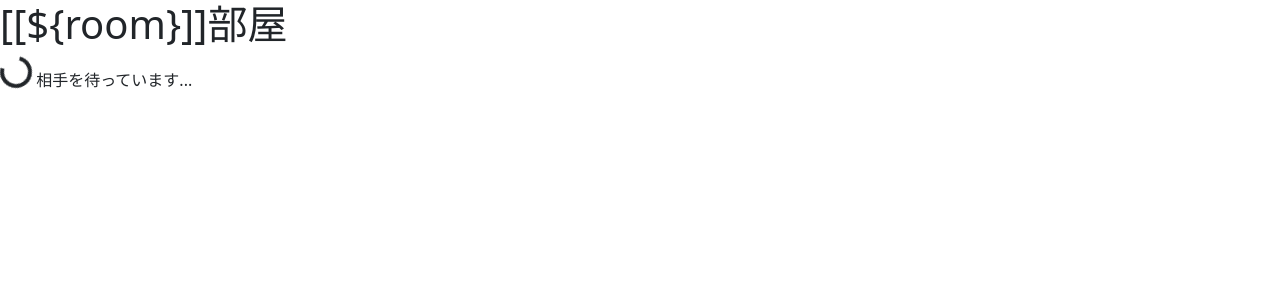
Repository: e1b21074/field_arena
Page: .log/field_arena/src/main/resources/templates/room.html
These files come from the project's save history. The page is drawn as it stood at one moment and after the next save; the edit follows.
The browser window is 1280 px wide. The pictures show the whole page.
The page's requests for data from a server got no answer.

Above is the page before, as saved 2024-01-05 23:42:09.

### .log/field_arena/src/main/resources/templates/room.html
<!DOCTYPE html>
<html lang="en">

<head>
  <meta charset="UTF-8">
  <meta name="viewport" content="width=device-width, initial-scale=1.0">

  <!-- bootstrap CSS -->
  <link href="https://cdn.jsdelivr.net/npm/bootstrap@5.0.2/dist/css/bootstrap.min.css" rel="stylesheet"
    integrity="sha384-EVSTQN3/azprG1Anm3QDgpJLIm9Nao0Yz1ztcQTwFspd3yD65VohhpuuCOmLASjC" crossorigin="anonymous">

  <title>カードゲーム</title>
  <script>
    window.onload=function(){
      var sse = new EventSource('/start');
        sse.onmessage=function(event){
          var game=JSON.parse(event.data);
          location.href = "/game?roomid=" + game.id;
        }
    }
  </script>
</head>
<body>
  <h1>[[${room}]]部屋</h1>
  <div id="game">
    <nobr class="spinner-border" role="status">
      <span class="visually-hidden">Loading...</span>
    </nobr>
    相手を待っています...
  </div>

  <script src="https://cdn.jsdelivr.net/npm/bootstrap@5.0.2/dist/js/bootstrap.bundle.min.js"
    integrity="sha384-MrcW6ZMFYlzcLA8Nl+NtUVF0sA7MsXsP1UyJoMp4YLEuNSfAP+JcXn/tWtIaxVXM"
    crossorigin="anonymous"></script>

</body>
</html>

After the next save:
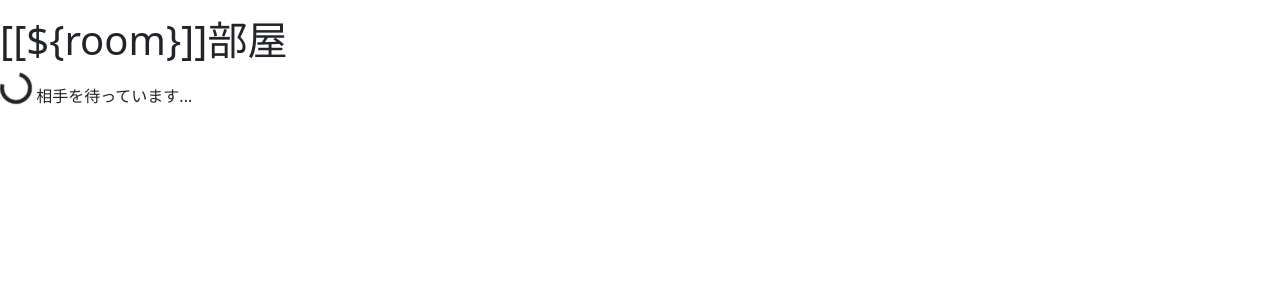
Saved 2 min 19 s later.
--- a/.log/field_arena/src/main/resources/templates/room.html
+++ b/.log/field_arena/src/main/resources/templates/room.html
@@ -8,6 +8,12 @@
   <!-- bootstrap CSS -->
   <link href="https://cdn.jsdelivr.net/npm/bootstrap@5.0.2/dist/css/bootstrap.min.css" rel="stylesheet"
     integrity="sha384-EVSTQN3/azprG1Anm3QDgpJLIm9Nao0Yz1ztcQTwFspd3yD65VohhpuuCOmLASjC" crossorigin="anonymous">
+
+  <style>
+    p{
+      text-align: center;
+    }
+  </style>
 
   <title>カードゲーム</title>
   <script>
@@ -21,13 +27,15 @@
   </script>
 </head>
 <body>
-  <h1>[[${room}]]部屋</h1>
-  <div id="game">
-    <nobr class="spinner-border" role="status">
-      <span class="visually-hidden">Loading...</span>
-    </nobr>
-    相手を待っています...
-  </div>
+  <p>
+    <h1>[[${room}]]部屋</h1>
+    <div id="game">
+      <nobr class="spinner-border" role="status">
+        <span class="visually-hidden">Loading...</span>
+      </nobr>
+      相手を待っています...
+    </div>
+  </p>
 
   <script src="https://cdn.jsdelivr.net/npm/bootstrap@5.0.2/dist/js/bootstrap.bundle.min.js"
     integrity="sha384-MrcW6ZMFYlzcLA8Nl+NtUVF0sA7MsXsP1UyJoMp4YLEuNSfAP+JcXn/tWtIaxVXM"
